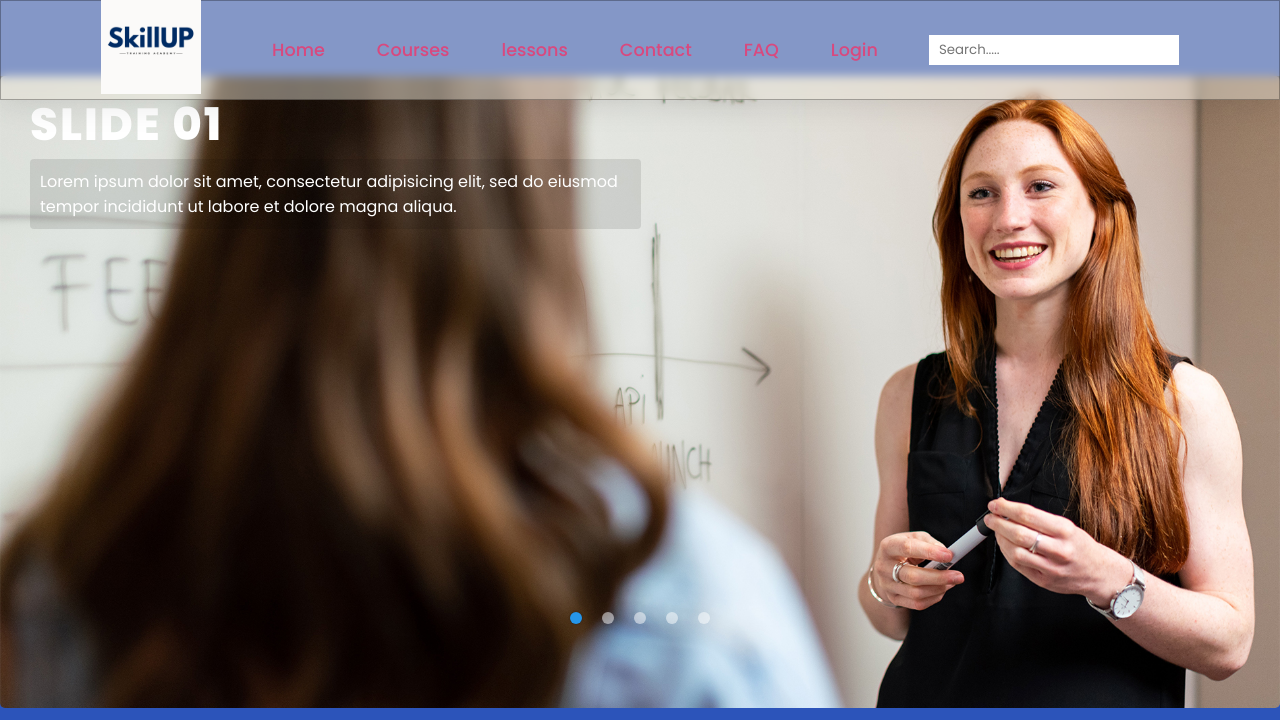
Repository: 2tzz/SkillUp-Academy
Page: home.html
The author's editor kept a copy of each file at every save. The page is drawn from the files as they stood at one save, then again after the next save.
The browser window is 1280 px wide. The pictures show the whole page.
Some web fonts or font styles are not loaded; a fallback is used.

Above is the page before, as saved 2022-10-22 15:50:15.

After the next save:
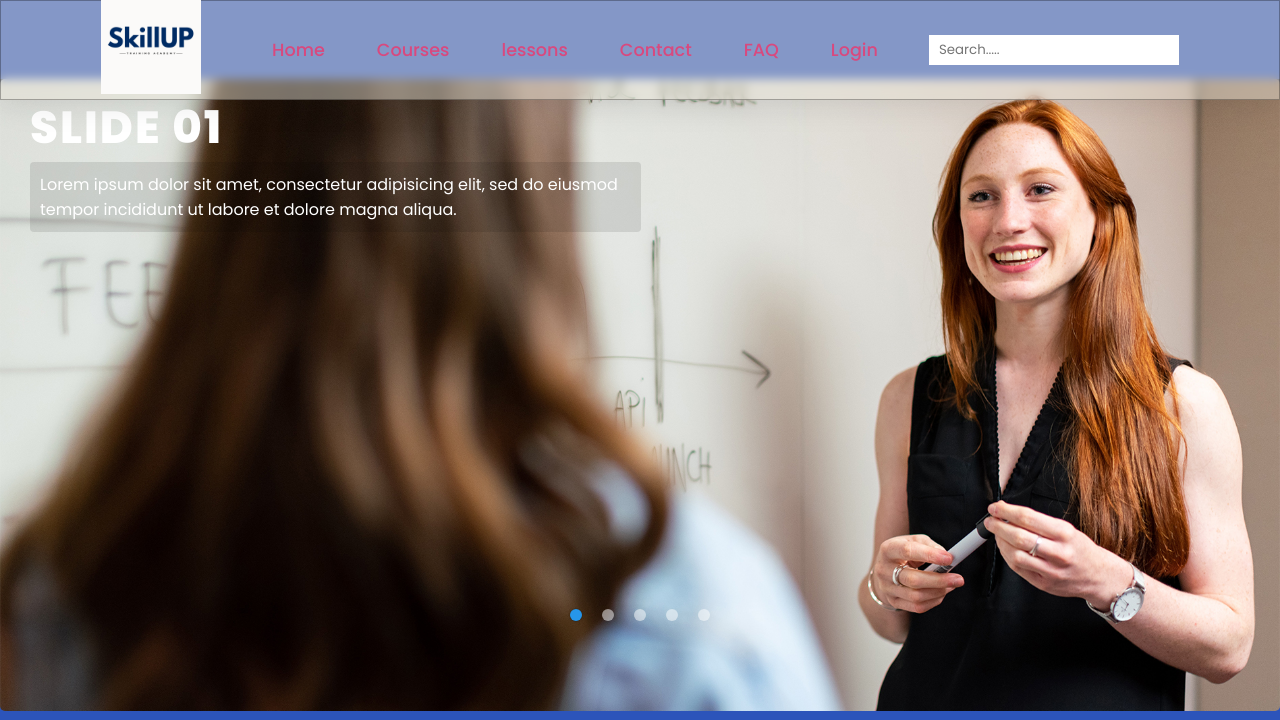
Saved 7 s later.
--- a/CSS/home.css
+++ b/CSS/home.css
@@ -178,7 +178,7 @@ header search_bar{
 .img-slider{
   position: relative;
   width: 1920px;
-  height: 79vh;
+  height: 78vh;
   background: #1D212B;
 }
 
